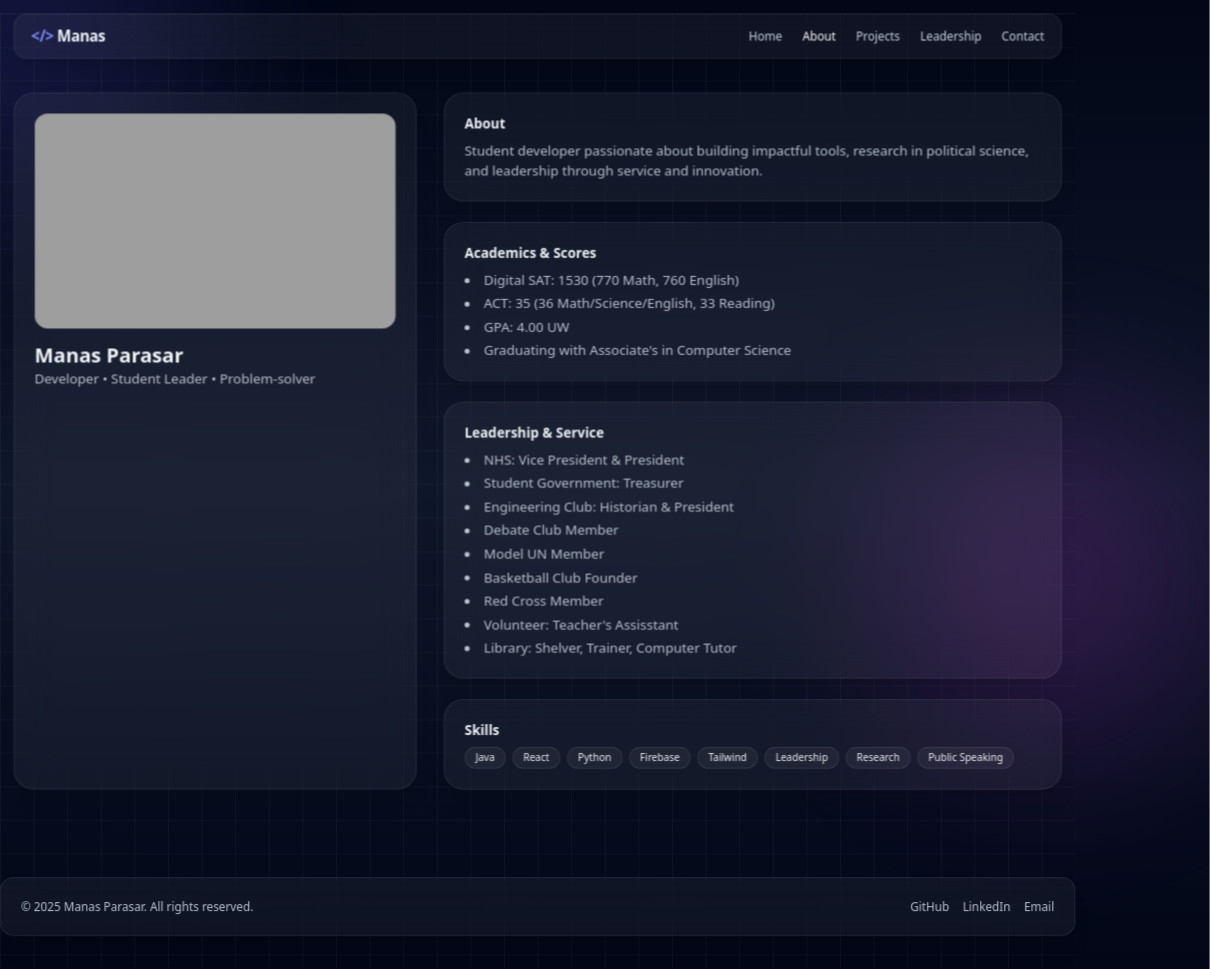
Repository: Manas-Parasar/portfolio-manas-parasar
Page: /about
An editor plug-in stored every save of this project. The page is shown before and after the next save, followed by the edit.
The browser window is 1280 px wide. The page is 1440 px wide, so the pictures cover 1440 px, including what lies to the right of the window. The pictures show the whole page, at 84% of full size.
Pictures or frames that could not be fetched are drawn as grey boxes. The project was rebuilt for these pictures with package versions that can differ from the ones it lists, and the page was loaded fresh each time. Also part of the build but not shown: vite.config.js, src/components/Hero.jsx, src/components/Section.jsx, src/components/ProjectCard.jsx, src/pages/Home.jsx, src/pages/Projects.jsx, src/components/TimelineItem.jsx, src/pages/Leadership.jsx and 1 more.

Above is the page before, as saved 2025-08-19 17:18:50.

### index.html
<!DOCTYPE html>
<html lang="en">
  <head>
    <meta charset="UTF-8" />
    <meta name="viewport" content="width=device-width, initial-scale=1.0" />
    <title>Manas Parasar — Portfolio</title>
    <meta
      name="description"
      content="Portfolio of Manas Parasar: projects, leadership, research, and impact."
    />
    <link rel="icon" href="/favicon.svg" />
  </head>
  <body
    class="min-h-screen bg-gradient-to-b from-slate-950 via-slate-900 to-slate-950 text-slate-100"
  >
    <div id="root"></div>
    <script type="module" src="/src/main.jsx"></script>
  </body>
</html>

### src/main.jsx
import { BrowserRouter } from "react-router-dom";
import "./index.css";
import React from "react";
import ReactDOM from "react-dom/client";
import App from "./App";

ReactDOM.createRoot(document.getElementById("root")).render(
  <React.StrictMode>
    <BrowserRouter>
      <App />
    </BrowserRouter>
  </React.StrictMode>
);

### src/index.css
@tailwind base;
@tailwind components;
@tailwind utilities;

/* Subtle selection & scrollbar tweaks */
::selection {
  background: #6366f1;
  color: white;
}
::-webkit-scrollbar {
  width: 10px;
}
::-webkit-scrollbar-thumb {
  background: rgba(148, 163, 184, 0.4);
  border-radius: 999px;
}

/* Reusable utilities */
@layer utilities {
  .glass {
    @apply bg-white/5 backdrop-blur-xl border border-white/10 shadow-xl;
  }
  .btn {
    @apply inline-flex items-center gap-2 rounded-2xl px-5 py-2 font-medium transition;
  }
  .btn-primary {
    @apply btn bg-brand-600 hover:bg-brand-500 text-white;
  }
  .btn-ghost {
    @apply btn glass hover:bg-white/10;
  }
  .headline {
    @apply text-4xl md:text-5xl font-extrabold tracking-tight;
  }
  .subtle {
    @apply text-slate-300/90;
  }
}

### src/App.jsx
import { Routes, Route } from "react-router-dom";
import Navbar from "./components/Navbar";
import Footer from "./components/Footer";
import Home from "./pages/Home";
import About from "./pages/About";
import Projects from "./pages/Projects";
import Leadership from "./pages/Leadership";
import Contact from "./pages/Contact";

export default function App() {
  return (
    <div className="min-h-screen bg-grid-sheer bg-grid-sheer bg-[length:40px_40px]">
      <div className="absolute inset-0 -z-10 opacity-70" aria-hidden>
        <div className="absolute -top-40 -left-40 h-96 w-96 rounded-full bg-brand-500 blur-[120px] opacity-30 animate-float" />
        <div className="absolute -bottom-40 -right-40 h-96 w-96 rounded-full bg-fuchsia-500 blur-[120px] opacity-30 animate-float" />
      </div>
      <Navbar />
      <main className="container py-10">
        <Routes>
          <Route path="/" element={<Home />} />
          <Route path="/about" element={<About />} />
          <Route path="/projects" element={<Projects />} />
          <Route path="/leadership" element={<Leadership />} />
          <Route path="/contact" element={<Contact />} />
        </Routes>
      </main>
      <Footer />
    </div>
  );
}

### src/components/Navbar.jsx
import { Link, NavLink } from "react-router-dom";
import { Menu, X } from "lucide-react";
import { useState } from "react";

export default function Navbar() {
  const [open, setOpen] = useState(false);
  const nav = [
    { to: "/", label: "Home" },
    { to: "/about", label: "About" },
    { to: "/projects", label: "Projects" },
    { to: "/leadership", label: "Leadership" },
    { to: "/contact", label: "Contact" },
  ];

  const NavItems = ({ onClick }) => (
    <ul className="flex flex-col md:flex-row gap-4 md:gap-6 text-sm">
      {nav.map((n) => (
        <li key={n.to}>
          <NavLink
            to={n.to}
            onClick={onClick}
            className={({ isActive }) =>
              `transition hover:text-white ${
                isActive ? "text-white" : "text-slate-300"
              }`
            }
          >
            {n.label}
          </NavLink>
        </li>
      ))}
    </ul>
  );

  return (
    <header className="sticky top-0 z-50">
      <div className="container mt-4">
        <div className="glass rounded-2xl px-5 py-3 flex items-center justify-between">
          <Link to="/" className="font-black tracking-tight text-lg">
            <span className="text-brand-400">&lt;/&gt;</span> Manas
          </Link>
          <nav className="hidden md:block">
            <NavItems />
          </nav>
          <button
            className="md:hidden btn-ghost"
            onClick={() => setOpen(!open)}
            aria-label="Toggle Menu"
          >
            {open ? <X size={20} /> : <Menu size={20} />}
          </button>
        </div>
        {open && (
          <div className="md:hidden mt-2 glass rounded-2xl px-5 py-4">
            <NavItems onClick={() => setOpen(false)} />
          </div>
        )}
      </div>
    </header>
  );
}

### src/components/Footer.jsx
export default function Footer() {
  return (
    <footer className="mt-16 pb-10">
      <div className="container glass rounded-2xl p-6 flex flex-col md:flex-row items-center justify-between gap-4">
        <p className="text-sm subtle">
          © {new Date().getFullYear()} Manas Parasar. All rights reserved.
        </p>
        <div className="text-sm subtle flex gap-4">
          <a
            href="https://github.com/"
            target="_blank"
            className="hover:text-white"
          >
            GitHub
          </a>
          <a
            href="https://linkedin.com/"
            target="_blank"
            className="hover:text-white"
          >
            LinkedIn
          </a>
          <a href="mailto:manas@example.com" className="hover:text-white">
            Email
          </a>
        </div>
      </div>
    </footer>
  );
}

### src/pages/About.jsx
export default function About() {
  return (
    <div className="grid md:grid-cols-5 gap-8">
      <div className="md:col-span-2 glass rounded-3xl p-6">
        <img
          src="/src/assets/headshot.jpg"
          alt="Portrait"
          className="rounded-2xl object-cover h-64 w-full"
        />
        <h2 className="text-2xl font-bold mt-4">Manas Parasar</h2>
        <p className="subtle">Developer • Student Leader • Problem‑solver</p>
      </div>
      <div className="md:col-span-3 space-y-6">
        <div className="glass rounded-3xl p-6">
          <h3 className="font-semibold mb-2">About</h3>
          <p className="subtle">
            Student developer passionate about building impactful tools,
            research in political science, and leadership through service and
            innovation.
          </p>
        </div>
        <div className="glass rounded-3xl p-6">
          <h3 className="font-semibold mb-2">Academics & Scores</h3>
          <ul className="subtle list-disc list-inside space-y-1">
            <li>Digital SAT: 1530 (770 Math, 760 English)</li>
            <li>ACT: 35 (36 Math/Science/English, 33 Reading)</li>
            <li>GPA: 4.00 UW</li>
            <li>Graduating with Associate's in Computer Science</li>
          </ul>
        </div>
        <div className="glass rounded-3xl p-6">
          <h3 className="font-semibold mb-2">Leadership & Service</h3>
          <ul className="subtle list-disc list-inside space-y-1">
            <li>NHS: Vice President & President</li>
            <li>Student Government: Treasurer</li>
            <li>Engineering Club: Historian & President</li>
            <li>Debate Club Member</li>
            <li>Model UN Member</li>
            <li>Basketball Club Founder</li>
            <li>Red Cross Member</li>
            <li>Volunteer: Teacher's Assisstant</li>
            <li>Library: Shelver, Trainer, Computer Tutor</li>
          </ul>
        </div>
        <div className="glass rounded-3xl p-6">
          <h3 className="font-semibold mb-2">Skills</h3>
          <div className="flex flex-wrap gap-2">
            {[
              "Java",
              "React",
              "Python",
              "Firebase",
              "Tailwind",
              "Leadership",
              "Research",
              "Public Speaking",
            ].map((s) => (
              <span
                key={s}
                className="px-3 py-1 rounded-full bg-white/5 border border-white/10 text-xs"
              >
                {s}
              </span>
            ))}
          </div>
        </div>
      </div>
    </div>
  );
}

### tailwind.config.js
/** @type {import('tailwindcss').Config} */
export default {
  content: ["./index.html", "./src/**/*.{js,jsx,ts,tsx}"],
  theme: {
    extend: {
      container: { center: true, padding: "1rem" },
      fontFamily: {
        display: ["Inter", "ui-sans-serif", "system-ui"],
      },
      colors: {
        brand: {
          50: "#eef2ff",
          100: "#e0e7ff",
          200: "#c7d2fe",
          300: "#a5b4fc",
          400: "#818cf8",
          500: "#6366f1",
          600: "#4f46e5",
          700: "#4338ca",
          800: "#3730a3",
          900: "#312e81",
        },
      },
      boxShadow: {
        glow: "0 0 0 0 rgba(99,102,241,0.5), 0 0 80px 10px rgba(99,102,241,0.25)",
      },
      backgroundImage: {
        "grid-sheer":
          "linear-gradient(rgba(255,255,255,0.04) 1px, transparent 1px), linear-gradient(90deg, rgba(255,255,255,0.04) 1px, transparent 1px)",
      },
      backgroundSize: {
        "grid-sheer": "40px 40px",
      },
      animation: {
        float: "float 6s ease-in-out infinite",
        shimmer: "shimmer 4s linear infinite",
      },
      keyframes: {
        float: {
          "0%, 100%": { transform: "translateY(0px)" },
          "50%": { transform: "translateY(-10px)" },
        },
        shimmer: {
          "0%": { backgroundPosition: "-200% 0" },
          "100%": { backgroundPosition: "200% 0" },
        },
      },
    },
  },
  plugins: [],
};

After the next save:
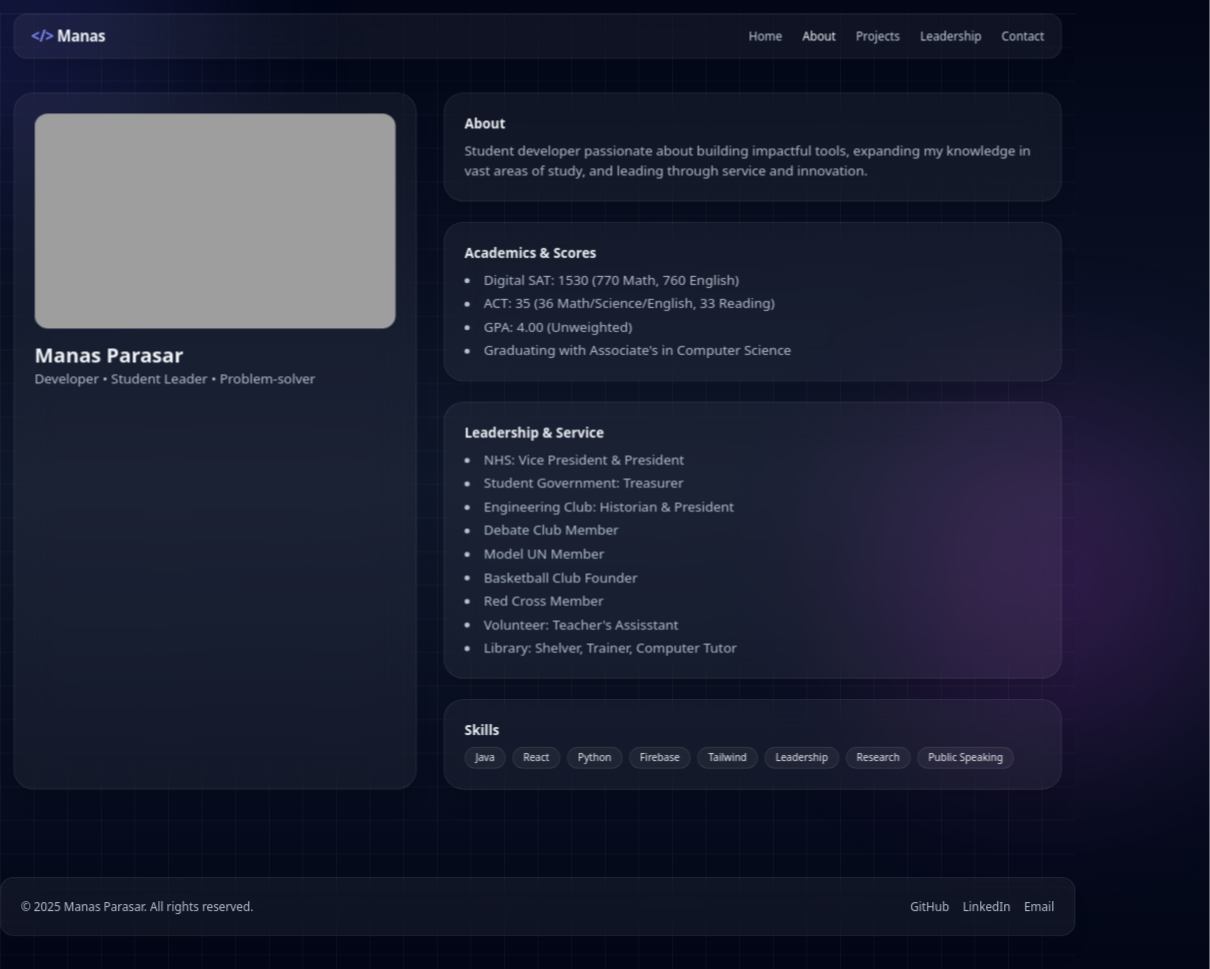
Saved 2 min 33 s later.
--- a/src/pages/About.jsx
+++ b/src/pages/About.jsx
@@ -15,8 +15,8 @@ export default function About() {
           <h3 className="font-semibold mb-2">About</h3>
           <p className="subtle">
             Student developer passionate about building impactful tools,
-            research in political science, and leadership through service and
-            innovation.
+            expanding my knowledge in vast areas of study, and leading through
+            service and innovation.
           </p>
         </div>
         <div className="glass rounded-3xl p-6">
@@ -24,7 +24,7 @@ export default function About() {
           <ul className="subtle list-disc list-inside space-y-1">
             <li>Digital SAT: 1530 (770 Math, 760 English)</li>
             <li>ACT: 35 (36 Math/Science/English, 33 Reading)</li>
-            <li>GPA: 4.00 UW</li>
+            <li>GPA: 4.00 (Unweighted)</li>
             <li>Graduating with Associate's in Computer Science</li>
           </ul>
         </div>
